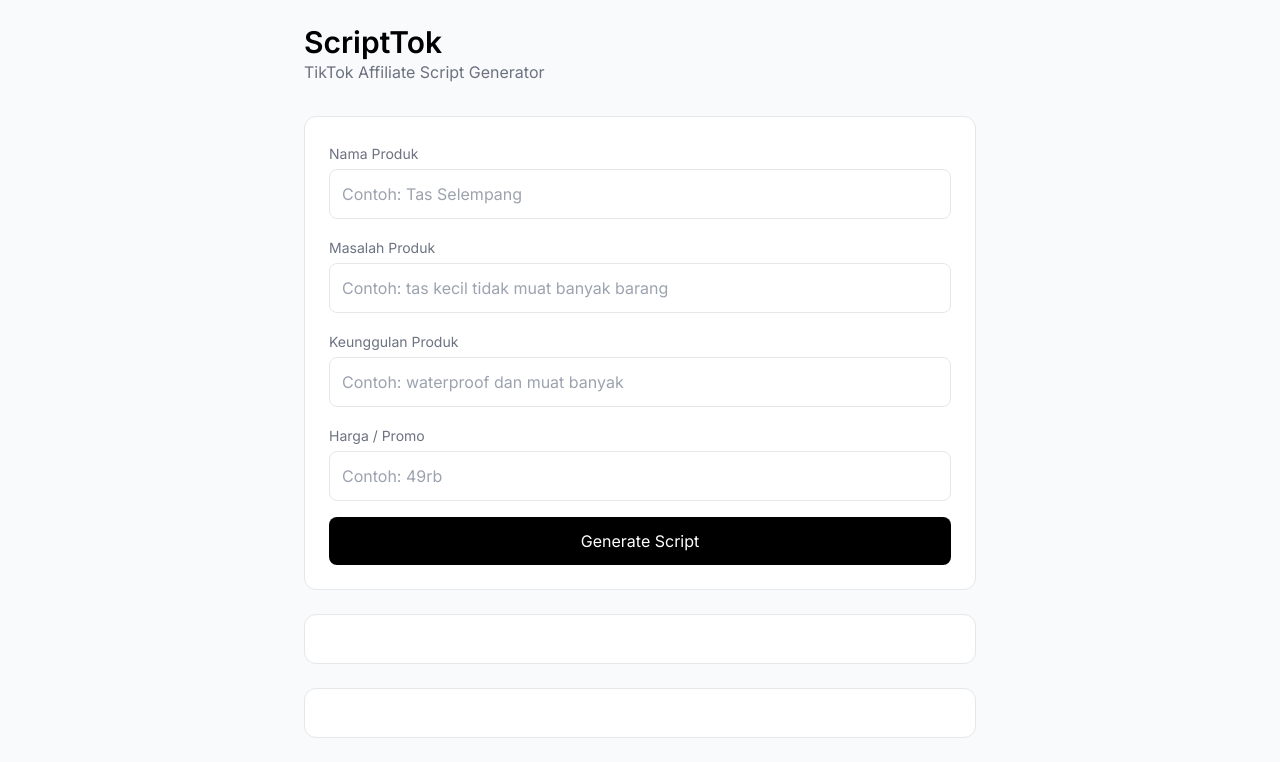
Repository: diritditdit07/ScriptTok
Page: /
An editor plug-in stored every save of this project. The page is shown before and after the next save, followed by the edit.
The browser window is 1280 px wide. The pictures show the whole page.
The project was rebuilt for these pictures with package versions that can differ from the ones it lists, and the page was loaded fresh each time. Also part of the build but not shown: vite.config.js, src/components/ScriptResult.jsx, src/components/HookList.jsx.

Above is the page before, as saved 2026-03-05 11:37:30.

### index.html
<!doctype html>
<html lang="en">
  <head>
    <meta charset="UTF-8" />
    <link rel="icon" type="image/svg+xml" href="/vite.svg" />
    <meta name="viewport" content="width=device-width, initial-scale=1.0" />
    <title>scripttok</title>
    <link rel="preconnect" href="https://fonts.googleapis.com">
<link rel="preconnect" href="https://fonts.gstatic.com" crossorigin>

<link href="https://fonts.googleapis.com/css2?family=Inter:wght@300;400;500;600&display=swap" rel="stylesheet">
  </head>
  <body>
    <div id="root"></div>
    <script type="module" src="/src/main.jsx"></script>
  </body>
</html>

### src/index.css
body {
  font-family: 'Inter', sans-serif;
}

@tailwind base;
@tailwind components;
@tailwind utilities;

### src/App.jsx
import { useState } from "react";
import ProductForm from "./components/ProductForm";
import ScriptResult from "./components/ScriptResult";
import HookList from "./components/HookList";

import { generateScript } from "./utils/generator";
import { generateHooks } from "./utils/hookGenerator";

function App() {

  const [script, setScript] = useState("");
  const [hooks, setHooks] = useState([]);

  function handleGenerate(data) {

    const resultScript = generateScript(data);
    setScript(resultScript);

    const resultHooks = generateHooks(data.product);
    setHooks(resultHooks);
  }

  return (

    <div className="min-h-screen bg-gray-50 flex justify-center p-6">

      <div className="w-full max-w-2xl">

        <header className="mb-8">

          <h1 className="text-3xl font-semibold">
            ScriptTok
          </h1>

          <p className="text-gray-500">
            TikTok Affiliate Script Generator
          </p>

        </header>

        <div className="space-y-6">

          <div className="bg-white border border-gray-200 rounded-xl p-6">
            <ProductForm onGenerate={handleGenerate} />
          </div>

          <div className="bg-white border border-gray-200 rounded-xl p-6">
            <HookList hooks={hooks} />
          </div>

          <div className="bg-white border border-gray-200 rounded-xl p-6">
            <ScriptResult script={script} />
          </div>

        </div>

      </div>

    </div>

  );
}

export default App;

### src/components/ProductForm.jsx
import { useState } from "react";

export default function ProductForm({ onGenerate }) {

  const [form, setForm] = useState({
    product: "",
    problem: "",
    advantage: "",
    price: ""
  });

  function handleChange(e) {
    setForm({
      ...form,
      [e.target.name]: e.target.value
    });
  }

  function handleSubmit(e) {
    e.preventDefault();
    onGenerate(form);
  }

  const inputStyle =
    "w-full mt-1 border border-gray-200 rounded-lg p-3 outline-none focus:ring-2 focus:ring-black/20";

  return (

    <form onSubmit={handleSubmit} className="space-y-4">

      <div>
        <label className="text-sm text-gray-500">Nama Produk</label>
        <input
          name="product"
          placeholder="Contoh: Tas Selempang"
          onChange={handleChange}
          className={inputStyle}
        />
      </div>

      <div>
        <label className="text-sm text-gray-500">Masalah Produk</label>
        <input
          name="problem"
          placeholder="Contoh: tas kecil tidak muat banyak barang"
          onChange={handleChange}
          className={inputStyle}
        />
      </div>

      <div>
        <label className="text-sm text-gray-500">Keunggulan Produk</label>
        <input
          name="advantage"
          placeholder="Contoh: waterproof dan muat banyak"
          onChange={handleChange}
          className={inputStyle}
        />
      </div>

      <div>
        <label className="text-sm text-gray-500">Harga / Promo</label>
        <input
          name="price"
          placeholder="Contoh: 49rb"
          onChange={handleChange}
          className={inputStyle}
        />
      </div>

      <button
        type="submit"
        className="w-full bg-black text-white p-3 rounded-lg hover:opacity-90"
      >
        Generate Script
      </button>

    </form>
  );
}

### src/utils/generator.js
export function generateScript(data) {

  const { product, problem, advantage, price } = data;

  return {
    hook: `Gue baru nemu ${product} ini di TikTok shop...`,

    relatable: `Biasanya ${problem}.`,

    scene1: `Tunjukin ${product} dari dekat ke kamera.`,

    scene2: `Demo penggunaan ${product} secara langsung.`,

    scene3: `Highlight keunggulan utama: ${advantage}.`,

    price: `Dan yang bikin kaget... harganya cuma ${price}.`,

    cta: `Kalau mau cek produknya langsung klik keranjang kuning sebelum kehabisan.`
  };
}

### src/utils/hookGenerator.js
export function generateHooks(product) {

  const hooks = [
    `Kenapa ${product} ini lagi viral di TikTok?`,
    `Gue nyesel baru nemu ${product} ini sekarang.`,
    `${product} ini ternyata jauh lebih bagus dari yang gue kira.`,
    `Serius ini ${product} worth it banget.`,
    `Kenapa banyak orang beli ${product} ini?`,
    `Awalnya gue kira ${product} ini biasa aja...`,
    `${product} ini lagi rame banget di TikTok shop.`,
    `Ini ${product} paling worth it yang pernah gue coba.`
  ];

  const shuffled = hooks.sort(() => 0.5 - Math.random());

  return shuffled.slice(0, 5);
}

### tailwind.config.js
export default {
  content: [
    "./index.html",
    "./src/**/*.{js,jsx}"
  ],
  theme: {
    extend: {

      fontFamily: {
        sans: ["Inter", "sans-serif"]
      }

    },
  },
  plugins: [],
}

Loaded but not shown: src/main.jsx (common file)

After the next save:
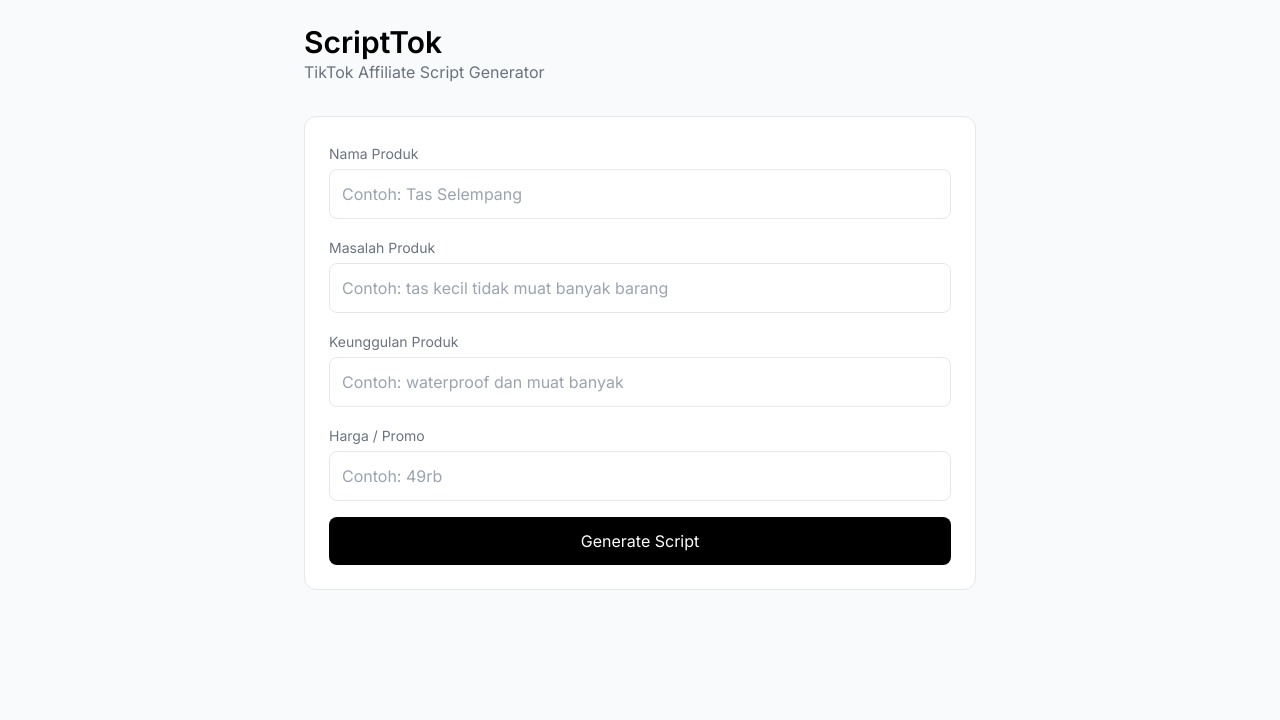
Saved 8 s later.
--- a/src/App.jsx
+++ b/src/App.jsx
@@ -8,7 +8,7 @@
 
 function App() {
 
-  const [script, setScript] = useState("");
+  const [script, setScript] = useState(null);
   const [hooks, setHooks] = useState([]);
 
   function handleGenerate(data) {
@@ -38,21 +38,37 @@
 
         </header>
 
-        <div className="space-y-6">
+        {/* FORM CARD */}
 
-          <div className="bg-white border border-gray-200 rounded-xl p-6">
-            <ProductForm onGenerate={handleGenerate} />
+        <div className="bg-white border border-gray-200 rounded-xl p-6">
+
+          <ProductForm onGenerate={handleGenerate} />
+
+        </div>
+
+        {/* HOOK RESULT */}
+
+        {hooks.length > 0 && (
+
+          <div className="bg-white border border-gray-200 rounded-xl p-6 mt-6">
+
+            <HookList hooks={hooks} />
+
           </div>
 
-          <div className="bg-white border border-gray-200 rounded-xl p-6">
-            <HookList hooks={hooks} />
+        )}
+
+        {/* SCRIPT RESULT */}
+
+        {script && (
+
+          <div className="bg-white border border-gray-200 rounded-xl p-6 mt-6">
+
+            <ScriptResult script={script} />
+
           </div>
 
-          <div className="bg-white border border-gray-200 rounded-xl p-6">
-            <ScriptResult script={script} />
-          </div>
-
-        </div>
+        )}
 
       </div>
 
